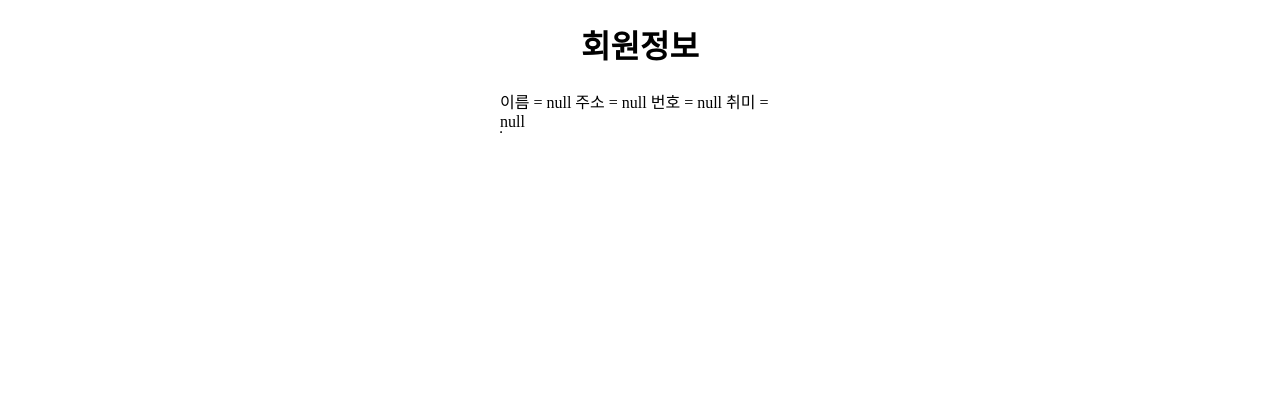
Repository: ssookkdduugg/jsp
Page: http://localhost/Hello/memResult.jsp
An editor plug-in stored every save of this project. The page is shown before and after the next save, followed by the edit.
The browser window is 1280 px wide. The pictures show the whole page.
The page is served by Tomcat 9. Other server files are loaded and not shown.

Above is the page before, as saved 2023-09-19 05:34:27.

### Hello/src/main/webapp/memResult.jsp
<%@ page language="java" contentType="text/html; charset=UTF-8"
    pageEncoding="UTF-8"%>
<!DOCTYPE html>
<html>
<head>
<meta charset="UTF-8">
<title>Insert title here</title>
<style type="text/css">
		body{margin: auto;}
		div{
		width: 280px;
		margin: auto;
		}
		h1{
		text-align: center;
		}
</style>
</head>
<body>
<div>
<h1>회원정보</h1>
<table border="1">
이름 = <%=request.getParameter("name") %>
주소 = <%=request.getParameter("addr") %>
번호 = <%=request.getParameter("num") %>
취미 = <%=request.getParameter("hobby") %>
</table>
</div>
</body>
</html>

After the next save:
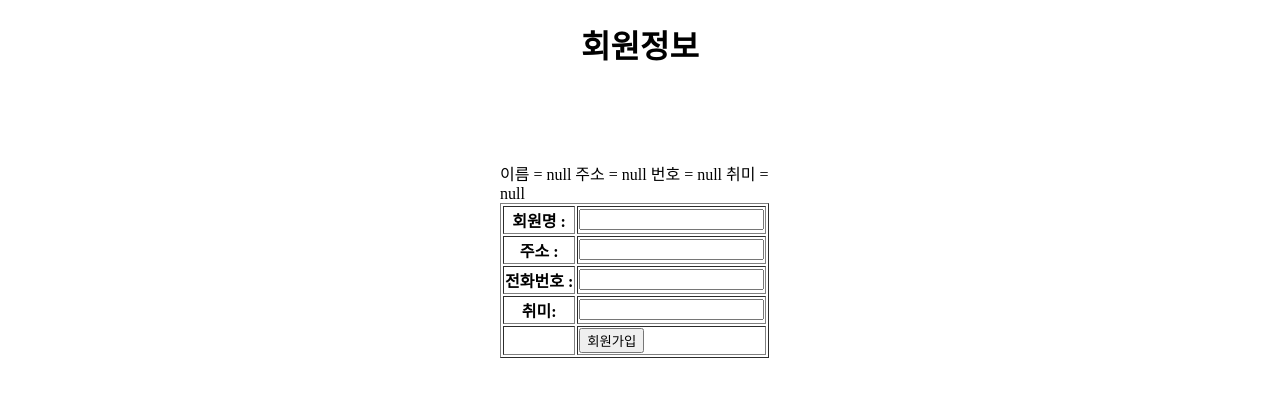
Saved 43 s later.
--- a/Hello/src/main/webapp/memResult.jsp
+++ b/Hello/src/main/webapp/memResult.jsp
@@ -20,6 +20,11 @@
 <div>
 <h1>회원정보</h1>
 <table border="1">
+<tr><th>회원명 :</th><td><input type="text" name="name"></td></tr><br>
+	<tr><th>주소 :</th><td><input type="text" name="addr"></td></tr><br>
+	<tr><th>전화번호 :</th><td><input type="text" name="num"></td></tr><br>
+	<tr><th>취미:</th><td><input type="text" name="hobby"></td></tr><br>
+	<tr><td></td><td><input type="submit" value="회원가입"></td></tr>
 이름 = <%=request.getParameter("name") %>
 주소 = <%=request.getParameter("addr") %>
 번호 = <%=request.getParameter("num") %>
